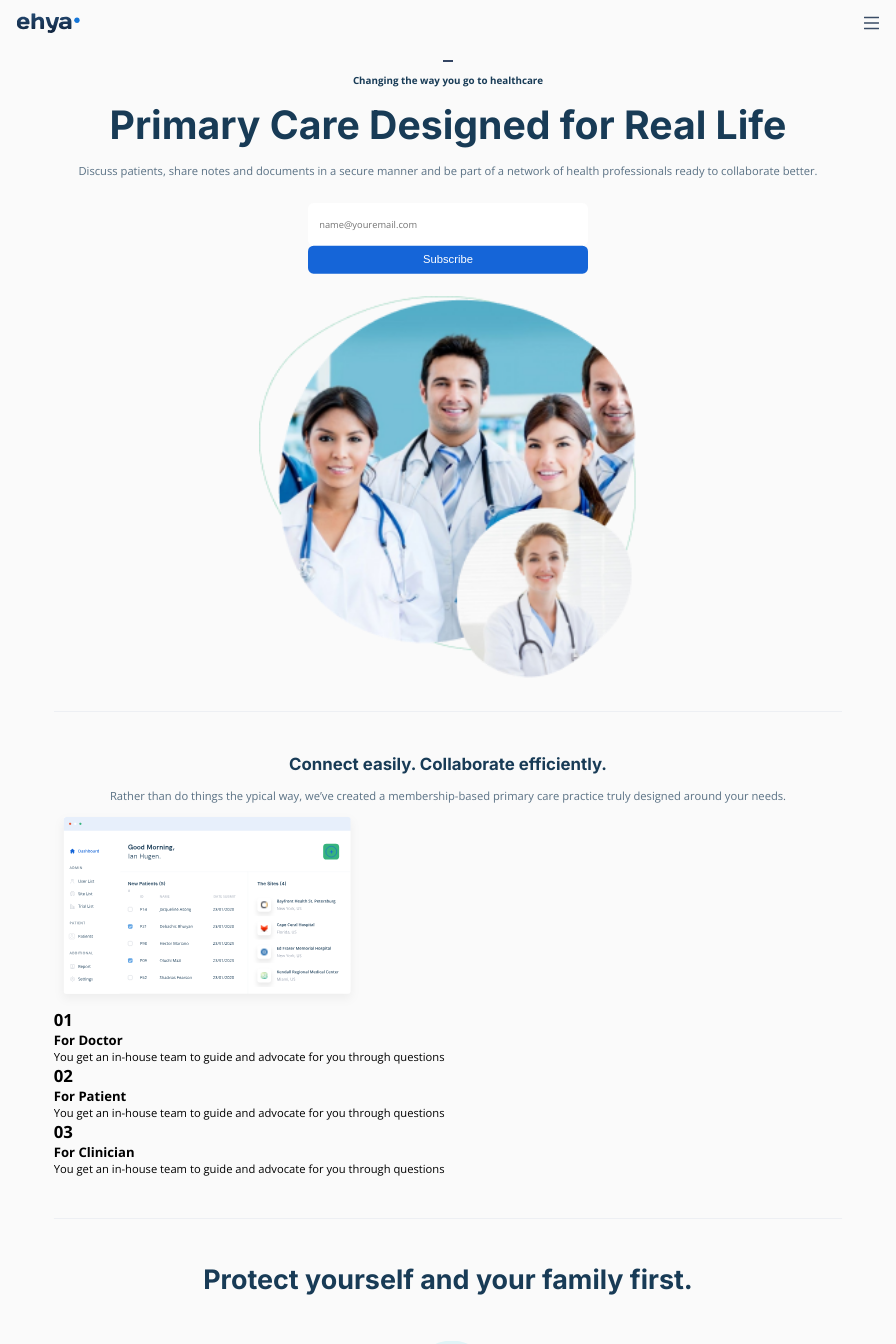
Repository: Esttevo/prova-html-css
Page: index.html
The author's editor kept a copy of each file at every save. The page is drawn from the files as they stood at one save, then again after the next save.
The browser window is 1280 px wide. The pictures show the part of the page from y = 0 to 1920 px (the page is 7172 px tall before and 7190 px after), at 70% of full size.
A picture or video elsewhere on the page could not be fetched, so the positions and the page height are approximate.

Above is the page before, as saved 2026-09-01 15:02:20.

After the next save:
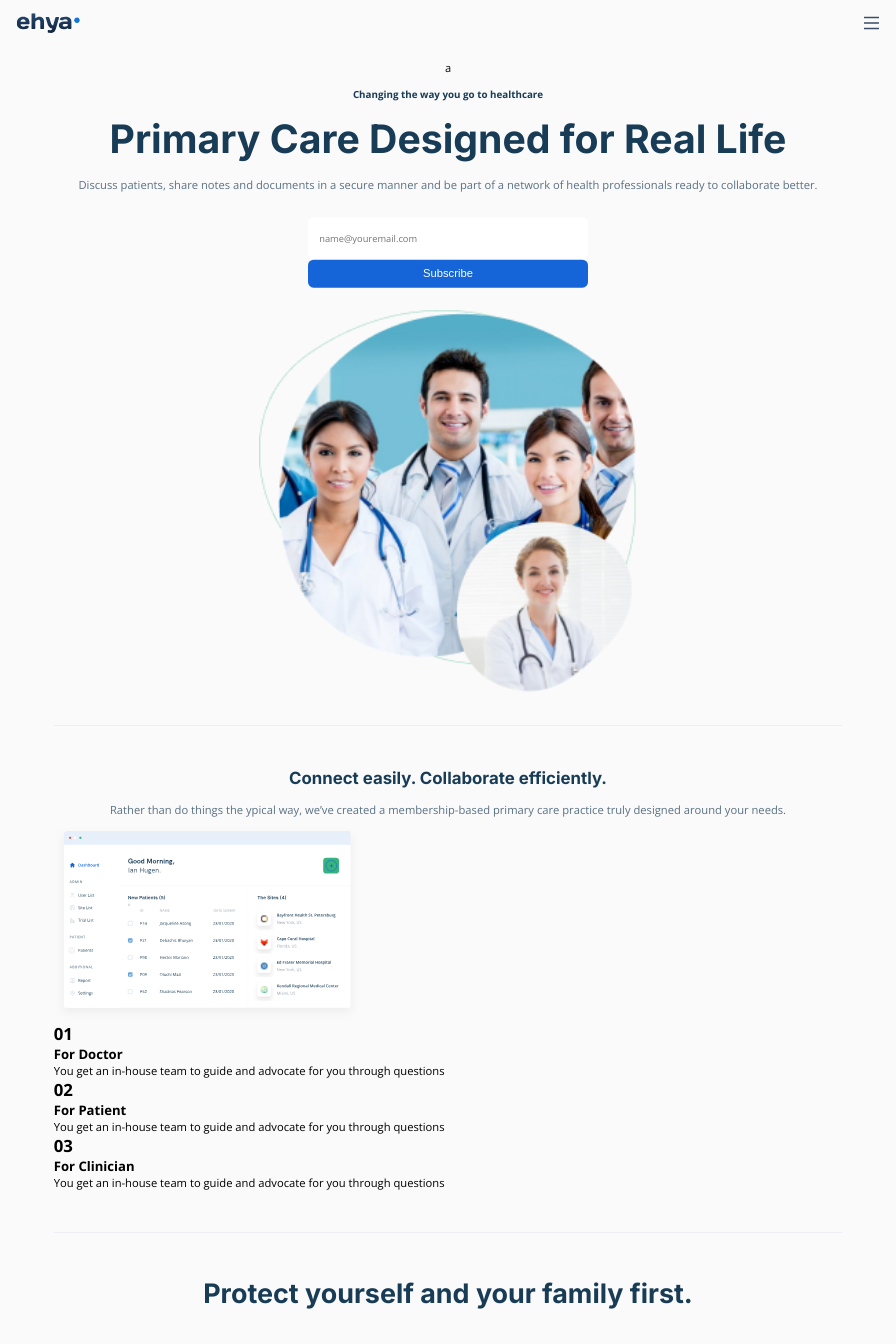
Saved 44 s later.
--- a/index.html
+++ b/index.html
@@ -32,7 +32,7 @@
         <section id="section-hero">
             <div id="hero-text">
                 <div id="bar-text">
-                    <div class="estilization-bar"> a</div>
+                    <div class="stylization-bar"> a</div>
 
                     <h4>
                         Changing the way you
@@ -239,7 +239,7 @@
 
         <section id="section-health">
             <div class="health-content-text">
-                <div class="estilization-bar"></div>
+                <div class="stylization-bar"></div>
 
                 <h2>
                      Track Your Health

After the save that followed:
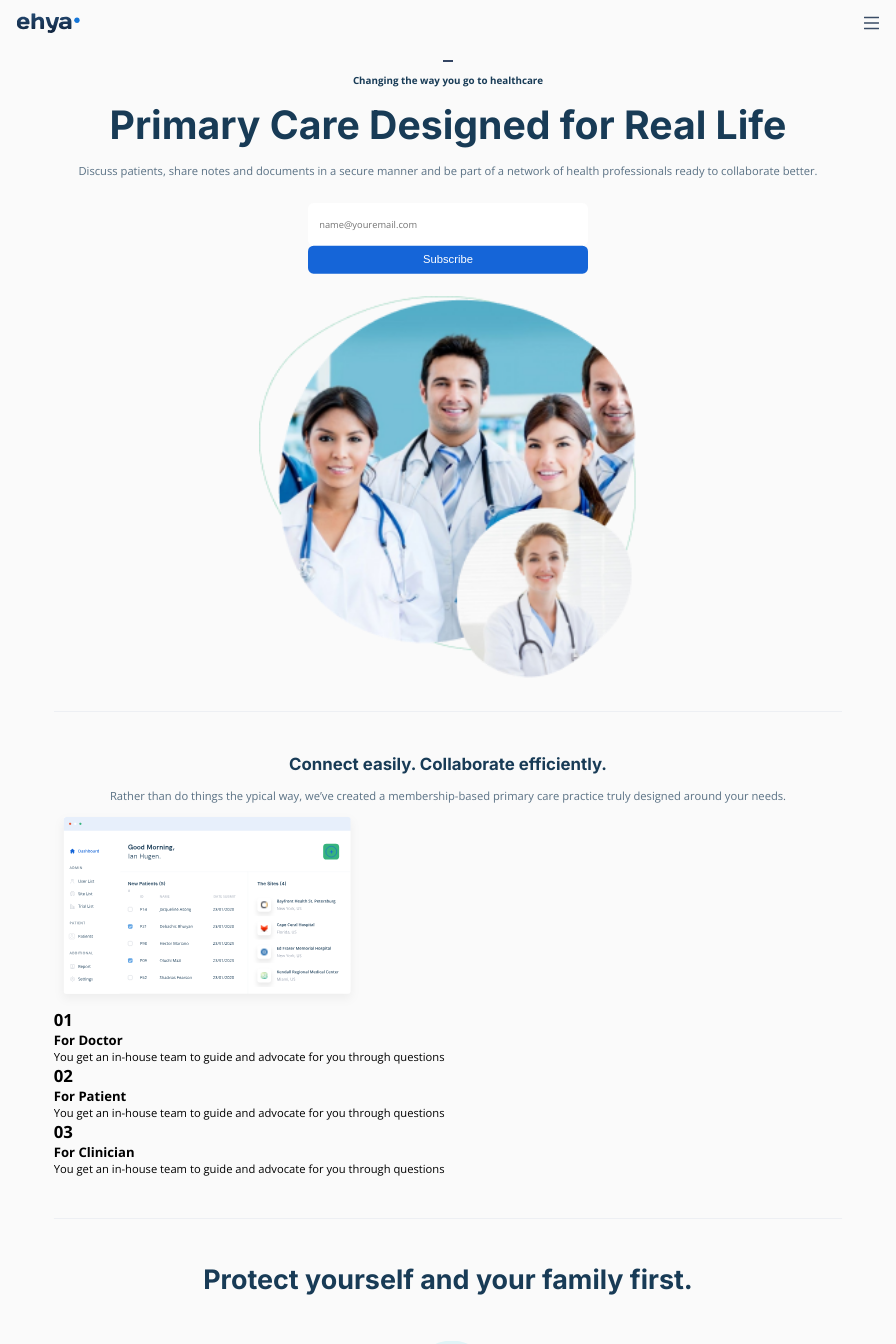
Saved 8 s later.
--- a/style.css
+++ b/style.css
@@ -49,7 +49,7 @@ header {
     padding: 1.2rem 3rem;
 }
 
-.estilization-bar {
+.stylization-bar {
     background-color: #344563;;
     width: 14px;
     height: 2px;
